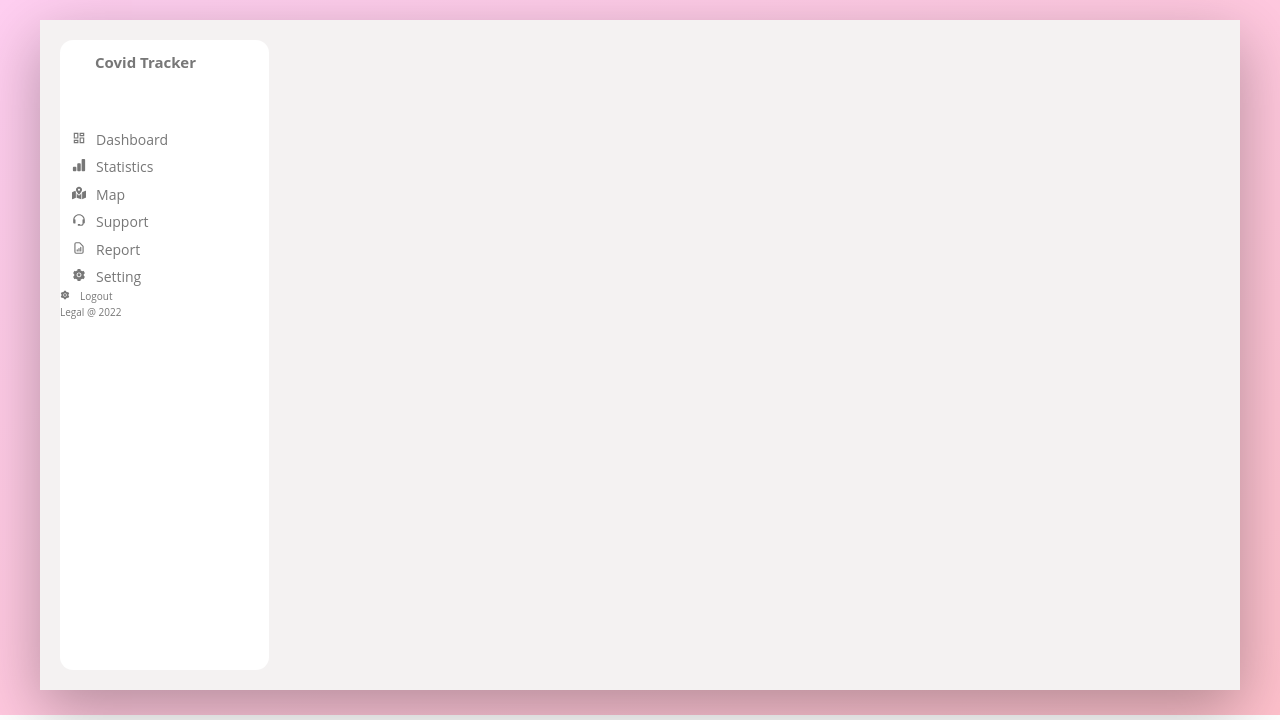
Repository: okidijimmy200/CovidAdminTracker
Page: /
These files come from the project's save history. The page is drawn as it stood at one moment and after a run of saves; the edit follows.
The browser window is 1280 px wide. The pictures show the whole page.
The project was rebuilt for these pictures with package versions that can differ from the ones it lists, and the page was loaded fresh each time.

Above is the page before, as saved 2022-06-16 11:54:40.

### public/index.html
<!DOCTYPE html>
<html lang="en">
  <head>
    <meta charset="utf-8" />
    <link rel="icon" href="%PUBLIC_URL%/favicon.ico" />
    <meta name="viewport" content="width=device-width, initial-scale=1" />
    <meta name="theme-color" content="#000000" />
    <meta
      name="description"
      content="Web site created using create-react-app"
    />
    <link rel="apple-touch-icon" href="%PUBLIC_URL%/logo192.png" />
    <!--
      manifest.json provides metadata used when your web app is installed on a
      user's mobile device or desktop. See https://developers.google.com/web/fundamentals/web-app-manifest/
    -->
    <link rel="manifest" href="%PUBLIC_URL%/manifest.json" />
    <!--
      Notice the use of %PUBLIC_URL% in the tags above.
      It will be replaced with the URL of the `public` folder during the build.
      Only files inside the `public` folder can be referenced from the HTML.

      Unlike "/favicon.ico" or "favicon.ico", "%PUBLIC_URL%/favicon.ico" will
      work correctly both with client-side routing and a non-root public URL.
      Learn how to configure a non-root public URL by running `npm run build`.
    -->
    <title>Covid Admin Tracker</title>
  </head>
  <body>
    <noscript>You need to enable JavaScript to run this app.</noscript>
    <div id="root"></div>
    <!--
      This HTML file is a template.
      If you open it directly in the browser, you will see an empty page.

      You can add webfonts, meta tags, or analytics to this file.
      The build step will place the bundled scripts into the <body> tag.

      To begin the development, run `npm start` or `yarn start`.
      To create a production bundle, use `npm run build` or `yarn build`.
    -->
  </body>
</html>

### src/index.scss
:root {
  --color-primary:#eb2f64;
  --color-primary-light:#ffcff1;
  --color-primary-dark:#ffc1cc;
  --color-grey-light-1: #faf9f9;
  --color-grey-light-2: #f4f2f2;
  --color-grey-light-3: #f0eeee;
  --color-grey-light-4: #ccc;
  --color-grey-dark-1: #333;
  --color-grey-dark-2: #777;
  --color-grey-dark-3: #999;

  // creating variable for box
  --shadow-dark: 0 2rem 6rem rgba(0, 0, 0, 0.3);

  --shadow-light: 0 2rem 5rem rgba(0,0,0,.06);
}


* {
  margin: 0;
  padding: 0;
}
*,
*::before,
*::after {
  box-sizing: inherit;
}

html {
  box-sizing: border-box;
  font-size: 62.5%;

}

body {
  font-family: 'Open Sans', sans-serif;
  font-weight: 400;
  line-height: 1.6;
  color: var(--color-grey-dark-2);
  background-image: linear-gradient(to right bottom, var(--color-primary-light), var(--color-primary-dark));
  background-size: cover;
  background-repeat: no-repeat;
  min-height: 96.5vh;
}

### src/App.tsx
import React from 'react';
import Sidebar from './sidebar/sidebar';
import Content from './core/content';
import './App.scss';

function App() {
  return (
    <div data-testid='container' className="container">
      <div className="content">
      <Sidebar />
      <Content />
      </div>

    </div>
  );
}

export default App;

### src/sidebar/sidebar.tsx
import React from 'react'
import {MdOutlineDashboard  } from 'react-icons/md'
import { BsFillBarChartFill } from 'react-icons/bs'
import { FaMapMarkedAlt } from 'react-icons/fa'
import { BiSupport } from 'react-icons/bi'
import { HiOutlineDocumentReport } from 'react-icons/hi'
import { AiFillSetting } from 'react-icons/ai'

import './sidebar.scss'

export default function sidebar() {
  return (
    <>
    <nav className="sidebar">
        <h2 className='title'>Covid Tracker</h2>
        <div className='sidebar-flex'>
            <div>
            <ul className="side-nav">
            <li className="side-nav__item side-nav__item--active">
                <span className='side-nav__icon'><MdOutlineDashboard /></span>
                    <span>Dashboard</span>
            </li>
            <li className="side-nav__item">
                {/* <a href="#" class="side-nav__link"> */}
                    <span className="side-nav__icon">
                        <BsFillBarChartFill />
                        {/* <use xlink:href="img/spritspam#icon-aircraft-take-off"></use> */}
                    </span>
                    <span>Statistics</span>
                {/* </a> */}
            </li>
            <li className="side-nav__item">
                {/* <a href="#" class="side-nav__link"> */}
                    <span className="side-nav__icon">
                        <FaMapMarkedAlt />
                        {/* <use xlink:href="img/sprite.svg#icon-key"></use> */}
                    </span>
                    <span>Map</span>
                {/* </a> */}
            </li>
            <li className="side-nav__item">
                {/* <a href="#" className="side-nav__link"> */}
                    <span className="side-nav__icon">
                        {/* <use xlink:href="img/sprite.svg#icon-map"></use> */}
                        <BiSupport />
                    </span>
                    <span>Support</span>
                {/* </a> */}
            </li>
            <li className="side-nav__item">
                {/* <a href="#" className="side-nav__link"> */}
                    <span className="side-nav__icon">
                        {/* <use xlink:href="img/sprite.svg#icon-map"></use> */}
                        <HiOutlineDocumentReport />
                    </span>
                    <span>Report</span>
                {/* </a> */}
            </li>
            <li className="side-nav__item">
                {/* <a href="#" className="side-nav__link"> */}
                    <span className="side-nav__icon">
                        {/* <use xlink:href="img/sprite.svg#icon-map"></use> */}
                        <AiFillSetting />
                    </span>
                    <span>Setting</span>
                {/* </a> */}
            </li>
        </ul>
            </div>
            <div>
            <span className="side-nav__icon">
                        {/* <use xlink:href="img/sprite.svg#icon-map"></use> */}
                        <AiFillSetting />
                    </span>
                <span>Logout</span>
            </div>

        <div className="legal">
            Legal @ 2022
        </div>
        </div>
    </nav>
</>
  )
}

### src/core/content.tsx
import React from 'react'

import './content.scss'

export default function Content() {
  return (
    <main className="hotel-view">
    </main>
  )
}

### src/App.scss
.container {
  max-width: 120rem;
  // centering in the view port
  margin: 2rem auto;
  background-color: var(--color-grey-light-2);
  // box-shadow:;
  box-shadow: var(--shadow-dark);

  // min height for testing
  // min-height: 60rem;

}

.content {
  display: flex;
  min-height: 93vh;
  padding: 2rem;
}

### src/sidebar/sidebar.scss

.sidebar {
    // styling the sidebar
    background-color: #fff;
    // flex property to define width, grow 0, shrink 0
    flex: 0 0 18%;
    // to create alot of space in the container for legal text
    border-radius: 1.3rem;
}

.side-nav {
    // adding font size
    font-size: 1.4rem;
    list-style: none;
    margin-top: 3.5rem;

   &__item {
       // parent element set to relative to element the hover effect
       position: relative;
       cursor: pointer;
       margin-left: 1.2rem;

       // to create space btn the items
       &:not(:last-child) {
           margin-bottom: .5rem;
       }
   }

   // this shd be visible only when we hover the item
   &__item:hover::before,
   // to make one of the li items initially highlighted
   &__item--active::before {
       width: 100%;
   }

   // to show the item as selected
   &__item:active::before {
       background-color: #fff;
   }


   &__link:link,
   &__link:visited {
    //    color: var(--color-grey-light-1);
       text-decoration: none;
       text-transform: uppercase;
       display: inline-block;
       padding: 1.5rem 3rem;
       // z-index only works with positioning
       position: relative;
       z-index: 10;
       // to align items in straight line
       display: flex;
       align-items: center;
   }

   &__icon {
       // reduce size of icons
       width: 1.75rem;
       height: 1.75rem;
       margin-right: 1rem;
       // current color is the color of the current element
       fill:currentColor;
   }
}
.logout {
    margin-top: 10rem;
}
.sidebar-flex {
    display: flex;
    flex-direction: column;
    height: 45rem;
}
.title {
    padding: 1rem 2rem 2rem 3.5rem;
}

### src/core/content.scss
.hotel-view {
    // background-color: #fff;
    // to make the hotel-view cover up the remaining space
    flex: 1;
    margin-left: 2rem;
}

Loaded but not shown: src/index.tsx (common file); src/reportWebVitals.ts (common file)

After the next 3 saves:
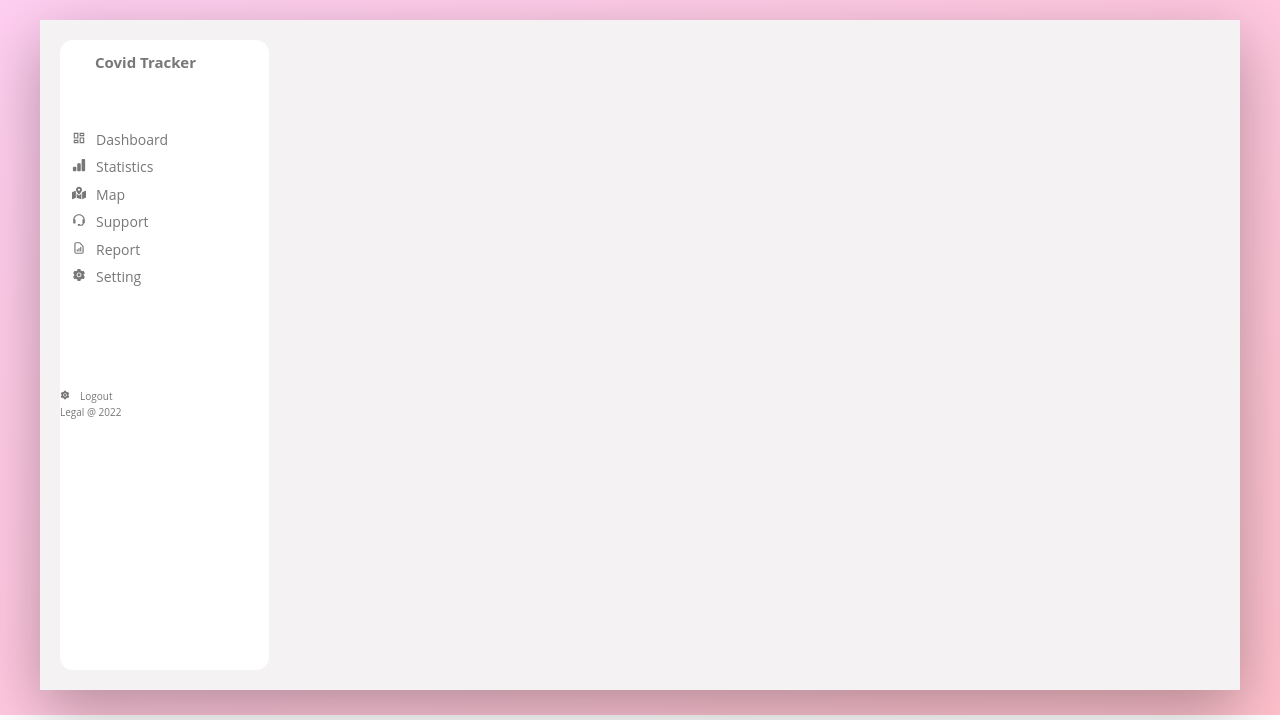
The 3 saves are shown as one change because they came seconds apart.
The last was saved 8 s later.
--- a/src/sidebar/sidebar.tsx
+++ b/src/sidebar/sidebar.tsx
@@ -67,7 +67,7 @@ export default function sidebar() {
             </li>
         </ul>
             </div>
-            <div>
+            <div className='logout'>
             <span className="side-nav__icon">
                         {/* <use xlink:href="img/sprite.svg#icon-map"></use> */}
                         <AiFillSetting />
